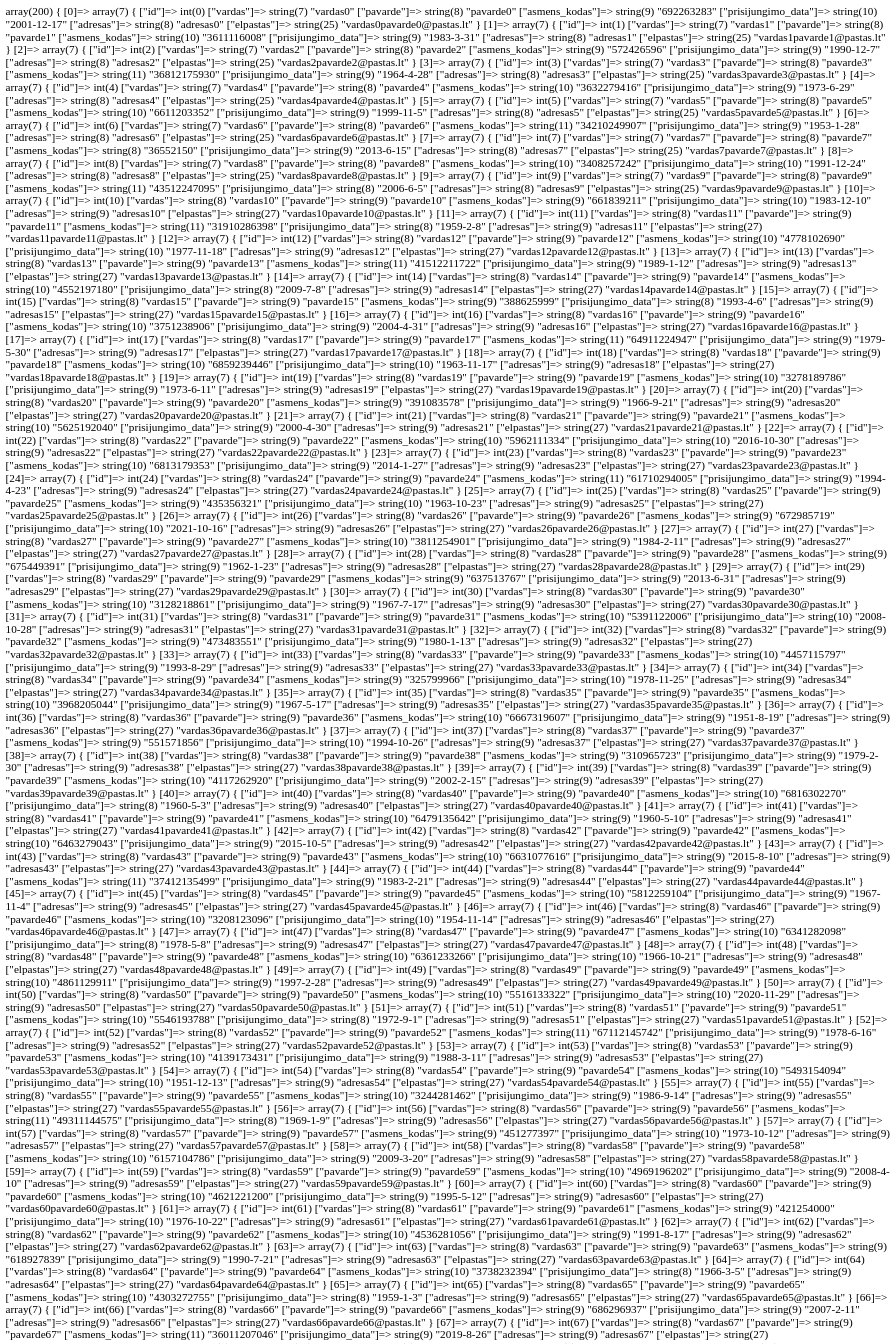
Repository: motiejus1/09-paskaita-PHP-05.31
Page: http://localhost/
These files come from the project's save history. The page is drawn as it stood at one moment and after a run of saves; the edit follows.
The browser window is 1280 px wide. The pictures show the part of the page from y = 0 to 1920 px (the page is 5740 px tall before and 720 px after), at 70% of full size.
The page is run by PHP 8.4 with error messages shown; the project is at /var/www/html/.

Above is the page before, as saved 2021-08-02 18:36:43.

After the next 4 saves:
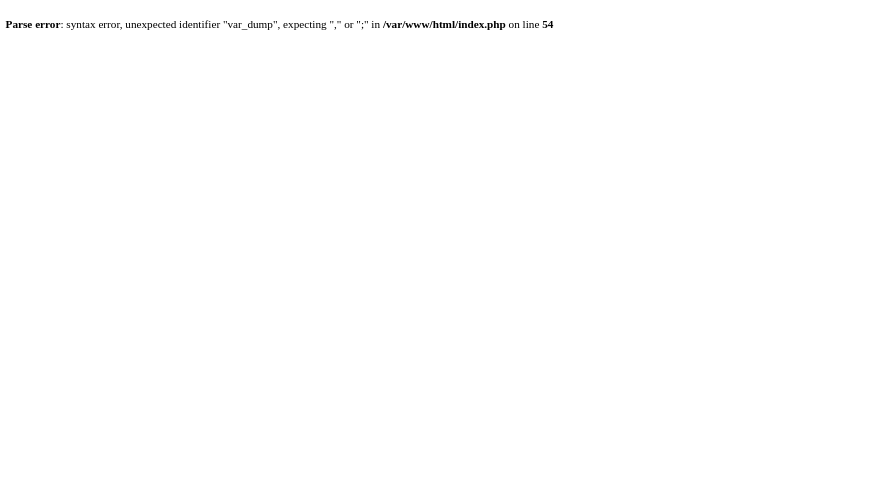
The 4 saves are shown as one change because they came seconds apart.
The last was saved 16 s later.
--- a/index.php
+++ b/index.php
@@ -47,7 +47,9 @@
 }
 
 
+echo "<table>";
 
+echo ""
 
 var_dump($klientai);
 

After the 3 saves that followed:
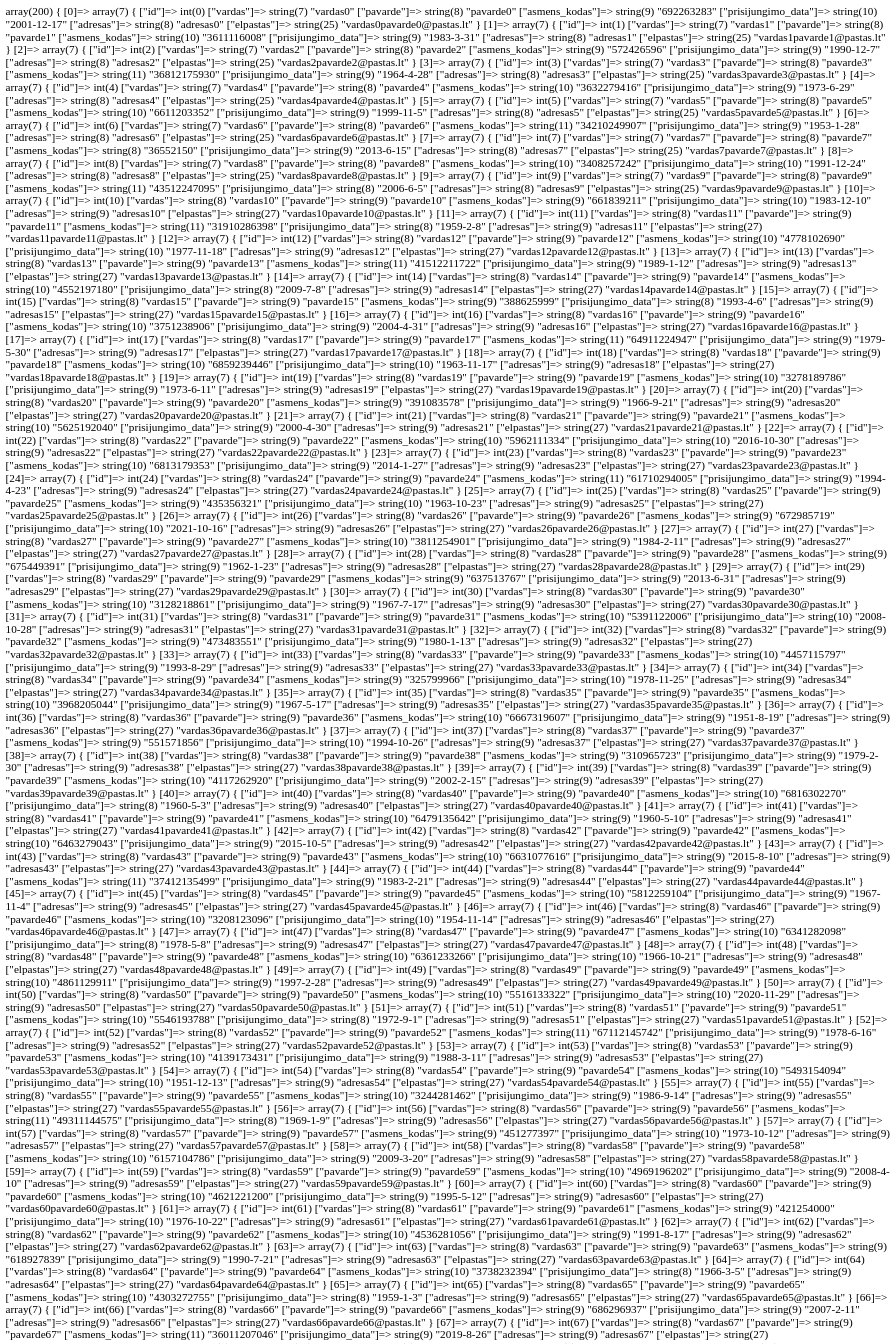
The 3 saves are shown as one change because they came seconds apart.
The last was saved 9 s later.
--- a/index.php
+++ b/index.php
@@ -49,7 +49,9 @@
 
 echo "<table>";
 
-echo ""
+
+
+echo "</table>";
 
 var_dump($klientai);
 
